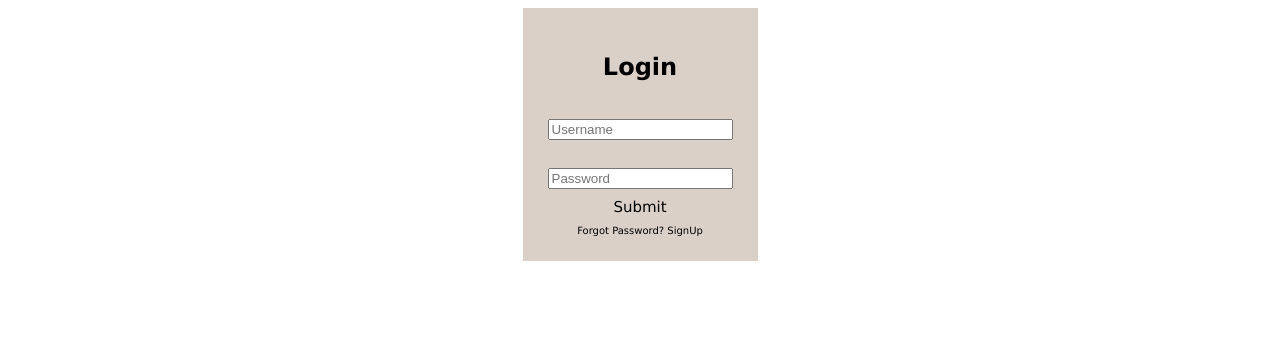
Repository: busra-kayaa/LoginPage
Page: login.html
These files come from the project's save history. The page is drawn as it stood at one moment and after the next save; the edit follows.
The browser window is 1280 px wide. The pictures show the whole page.

Above is the page before, as saved 2023-12-19 21:58:07.

After the next save:
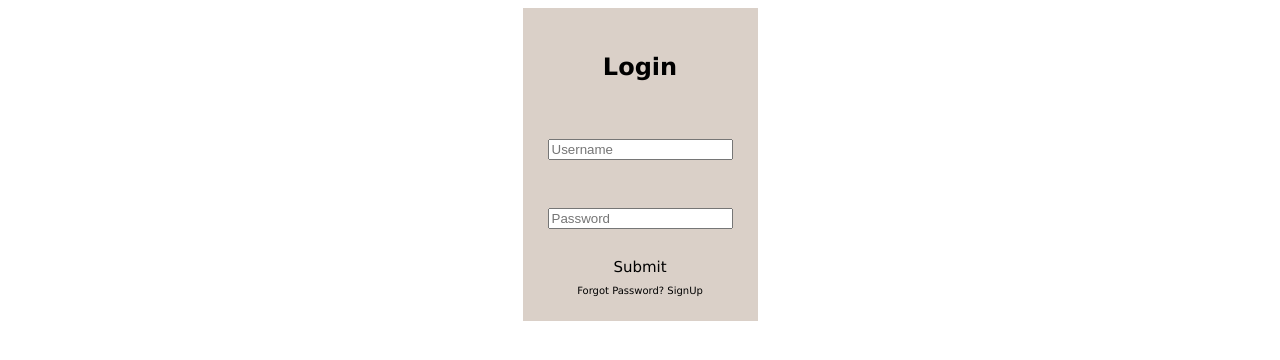
Saved 8 s later.
--- a/style.css
+++ b/style.css
@@ -14,7 +14,7 @@ body {
     text-align: center;
     margin: auto;
     padding: 25px;
-    gap: 20%
+    gap: 20px;
 }
 .input-group {
     margin-top: 10%;

After the save that followed:
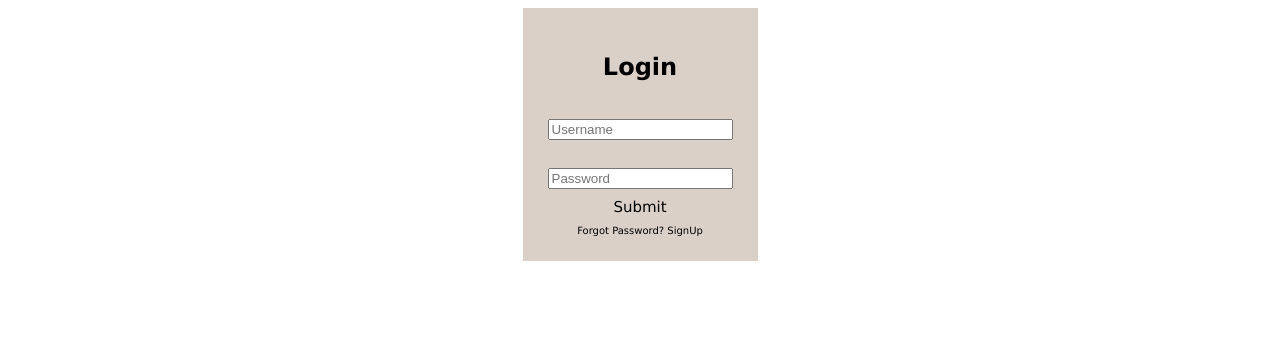
Saved 38 s later.
--- a/style.css
+++ b/style.css
@@ -14,7 +14,6 @@ body {
     text-align: center;
     margin: auto;
     padding: 25px;
-    gap: 20px;
 }
 .input-group {
     margin-top: 10%;
@@ -27,4 +26,6 @@ body {
 .footer {
     margin-top: 7%;
     font-size: 10px;
+    gap: 20px;
+
 }
